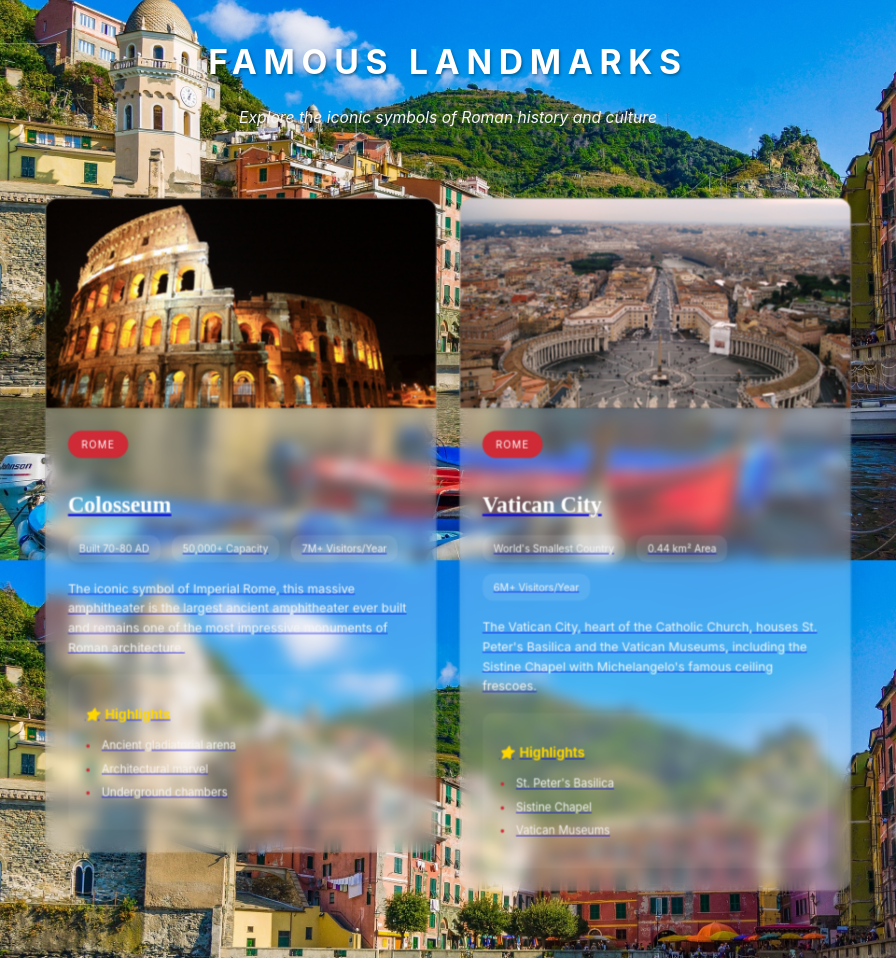
Repository: huang-heavenly-Emperor/NewYork
Page: italy.html
These files come from the project's save history. The page is drawn as it stood at one moment and after a run of saves; the edit follows.
The browser window is 1280 px wide. The pictures show the part of the page from y = 773 to 2693 px (the page is 2142 px tall before and 2846 px after), at 70% of full size.
Backgrounds fixed to the window are drawn as part of the page.

Above is the page before, as saved 2025-02-19 15:25:11.

After the next 2 saves:
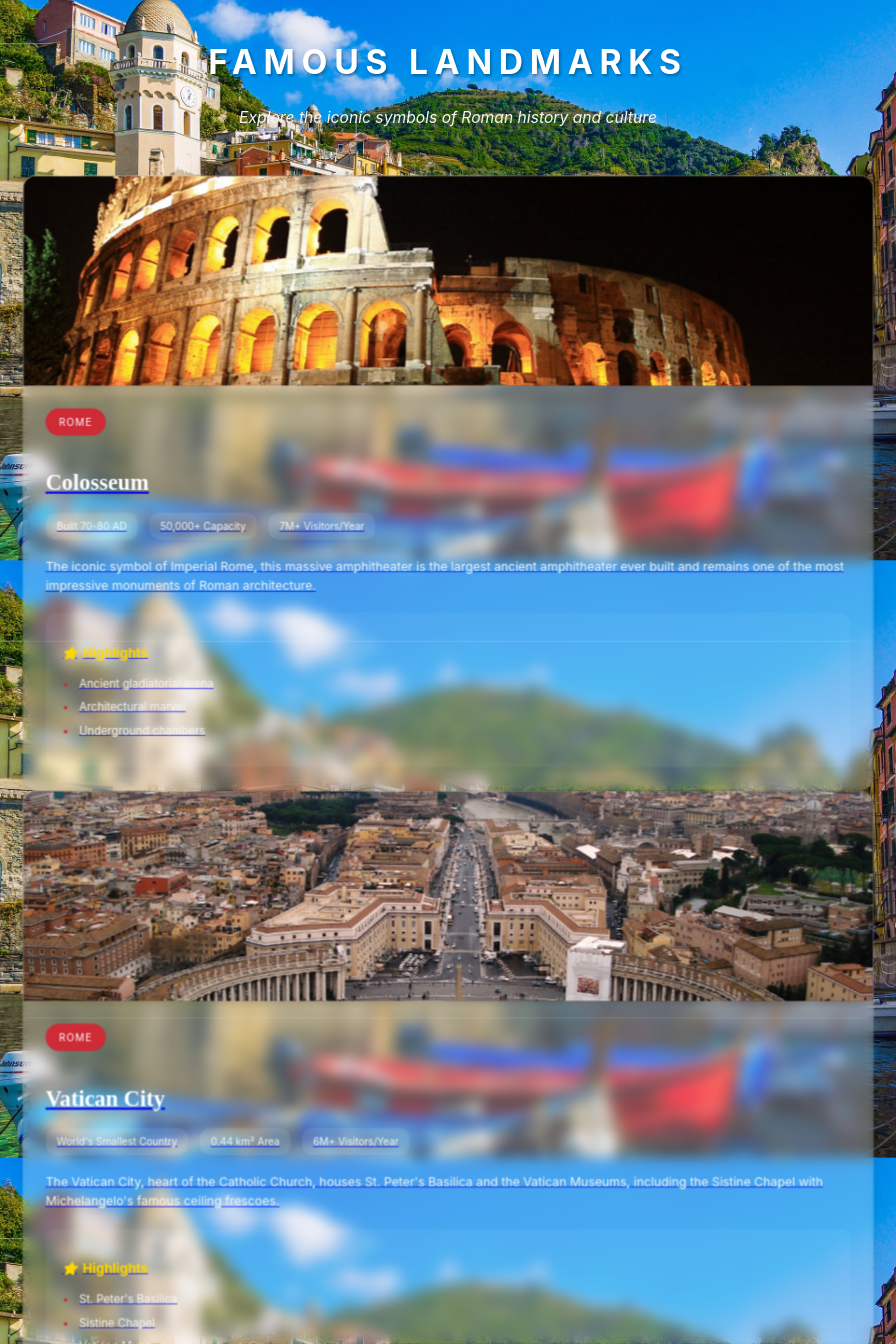
The 2 saves are shown as one change because they came seconds apart.
The last was saved 69 s later.
--- a/css/italy.css
+++ b/css/italy.css
@@ -201,7 +201,7 @@
     color: var(--marble-gray);
     font-style: italic;
 }
-
+.landmark-
 .landmark-grid {
     display: grid;
     grid-template-columns: repeat(auto-fit, minmax(300px, 1fr));

After the save that followed:
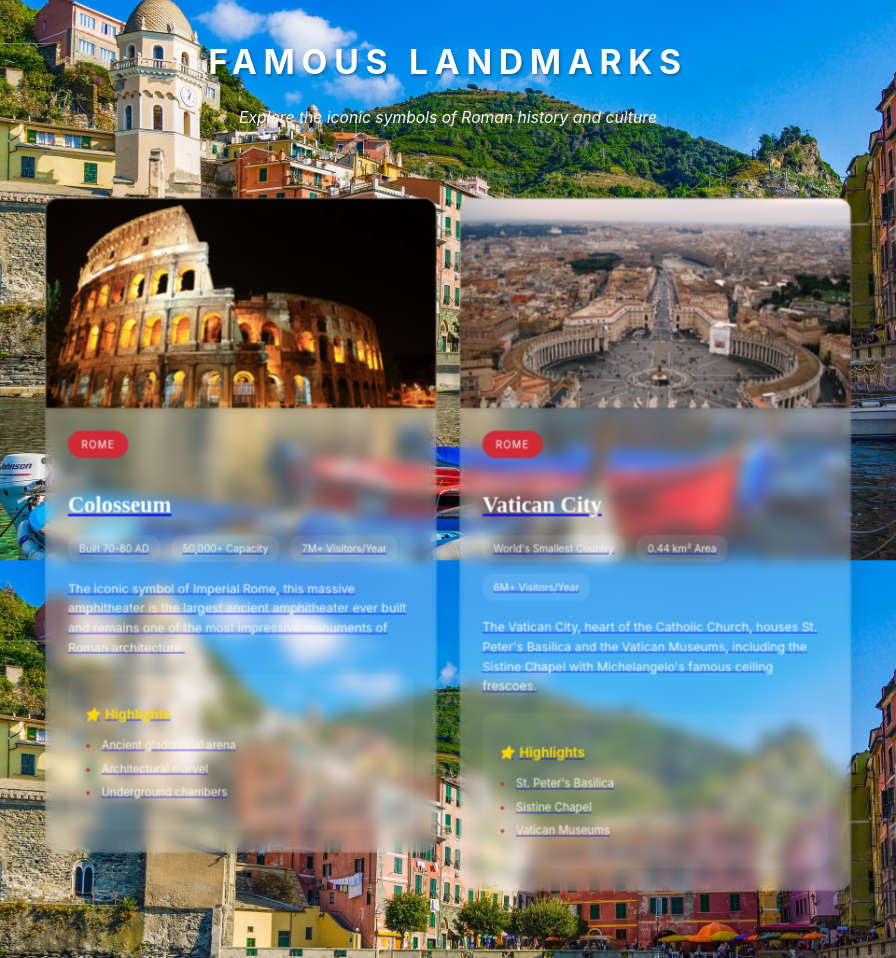
Saved 4 s later.
--- a/css/italy.css
+++ b/css/italy.css
@@ -201,7 +201,6 @@
     color: var(--marble-gray);
     font-style: italic;
 }
-.landmark-
 .landmark-grid {
     display: grid;
     grid-template-columns: repeat(auto-fit, minmax(300px, 1fr));
